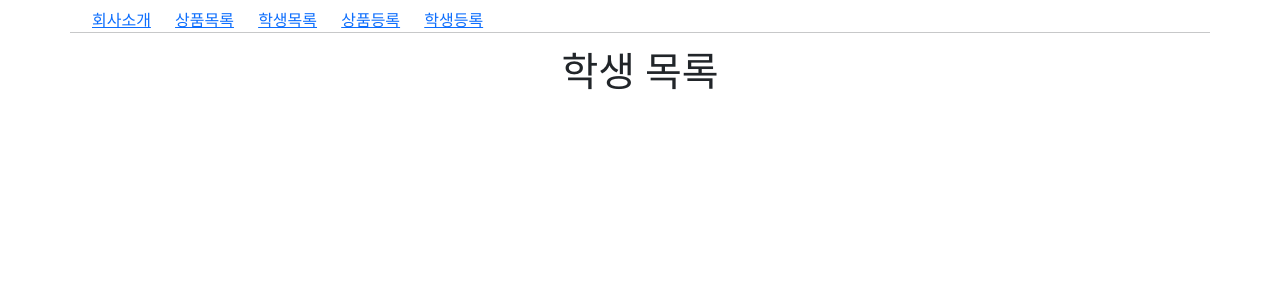
Repository: gwangso/web
Page: http://localhost/ex01/stu/list
An editor plug-in stored every save of this project. The page is shown before and after the next save, followed by the edit.
The browser window is 1280 px wide. The pictures show the whole page.
Some web fonts or font styles are not loaded; a fallback is used. The page is served by Tomcat 9.

Above is the page before, as saved 2023-07-24 07:52:59.

After the next save:
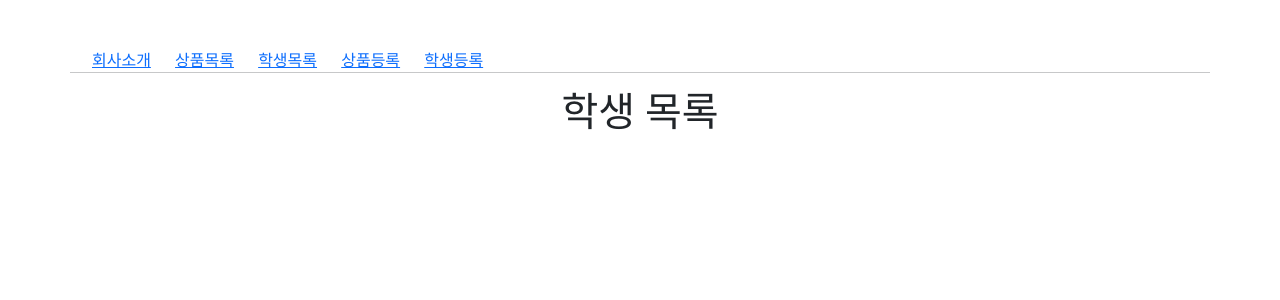
Saved 15 s later.
--- a/ex01/src/main/webapp/home.jsp
+++ b/ex01/src/main/webapp/home.jsp
@@ -27,7 +27,7 @@
 	</head>
 <body>
 <div class="container">
-	<div class="row my-2">
+	<div class="row my-5">
 		<div class="col">
 			<div>
 				<a href="/products">회사소개</a>
